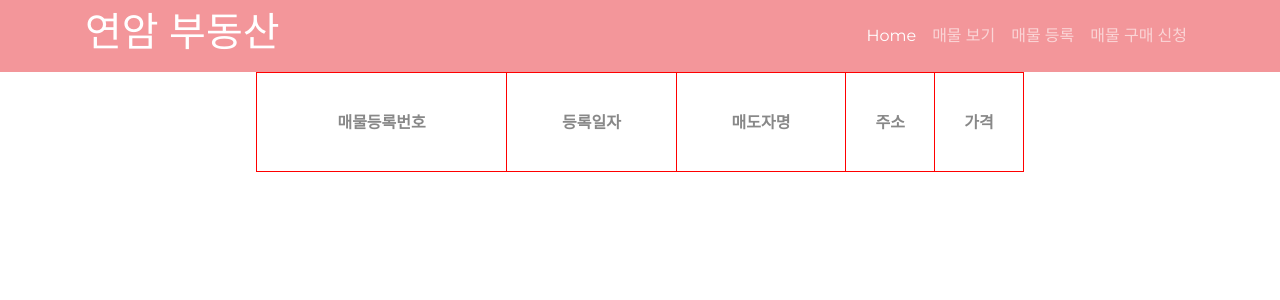
Repository: Leekm0912/2-1_JSP-DB_Project
Page: http://localhost/WebTest/DB/ViewTable.jsp
An editor plug-in stored every save of this project. The page is shown before and after the next save, followed by the edit.
The browser window is 1280 px wide. The pictures show the whole page.
The page is served by Tomcat 9. Queries for data that is not in the repository find no rows.

Above is the page before, as saved 2020-06-10 03:32:59.

After the next save:
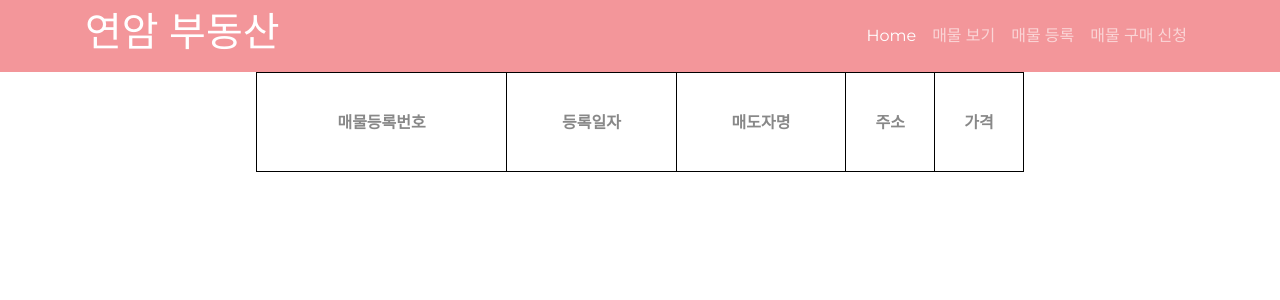
Saved 12 s later.
--- a/WebTest/WebContent/DB/ViewTable.jsp
+++ b/WebTest/WebContent/DB/ViewTable.jsp
@@ -23,7 +23,7 @@
 <style type="text/css">
 
 	table, td{
-	border: 1px solid red
+	border: 1px solid black
 	}
 
 	table{
